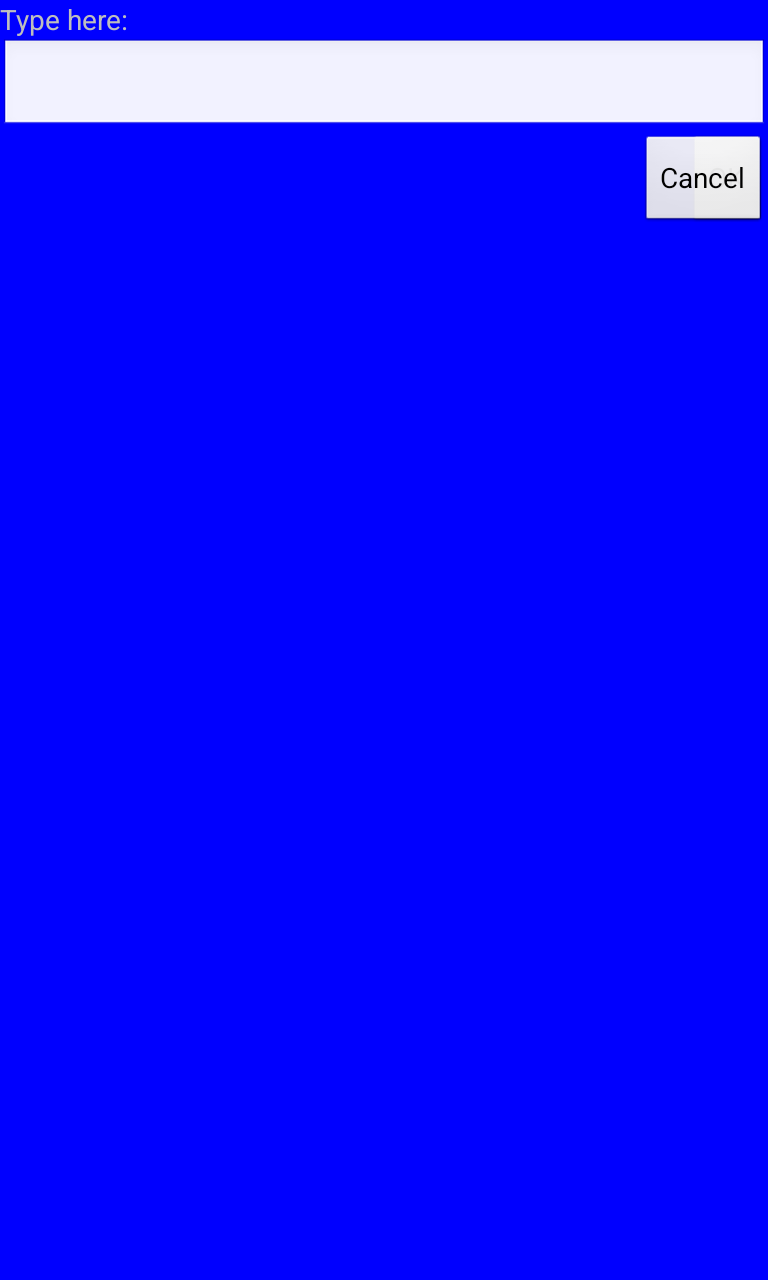
Repository: fangbao/Google_Android
Layout: Android_space/11.RelativeLayout/res/layout/main.xml
An editor plug-in stored every save of this project. The layout is shown before and after the next save, followed by the edit.
It is drawn on a 768 x 1280 px phone screen (xhdpi) without system bars, with theme android:Theme; the app's code is not run.

Above is the layout before, as saved 2011-12-25 03:34:04.

### Android_space/11.RelativeLayout/res/layout/main.xml
<?xml version="1.0" encoding="utf-8"?>
<RelativeLayout xmlns:android="http://schemas.android.com/apk/res/android"
    android:layout_width="fill_parent"
    android:layout_height="wrap_content"
    android:background="#0000FF" >

    <TextView
        android:id="@+id/tv01"
        android:layout_width="wrap_content"
        android:layout_height="wrap_content"
        android:text="Type here:" />

    <EditText
        android:id="@+id/txt01"
        android:layout_width="match_parent"
        android:layout_height="wrap_content"
        android:layout_below="@id/tv01" />

    <Button
        android:id="@+id/btn01"
        android:layout_width="wrap_content"
        android:layout_height="wrap_content"
        android:layout_alignParentRight="true"
        android:layout_below="@id/txt01"
        android:text="OK" />

    <Button
        android:id="@+id/btn02"
        android:layout_width="wrap_content"
        android:layout_height="wrap_content"
        android:layout_alignParentRight="true"
        android:layout_toLeftOf="@id/btn01"
        android:layout_below="@id/txt01"
        android:text="Cancel" />

</RelativeLayout>

After the next save:
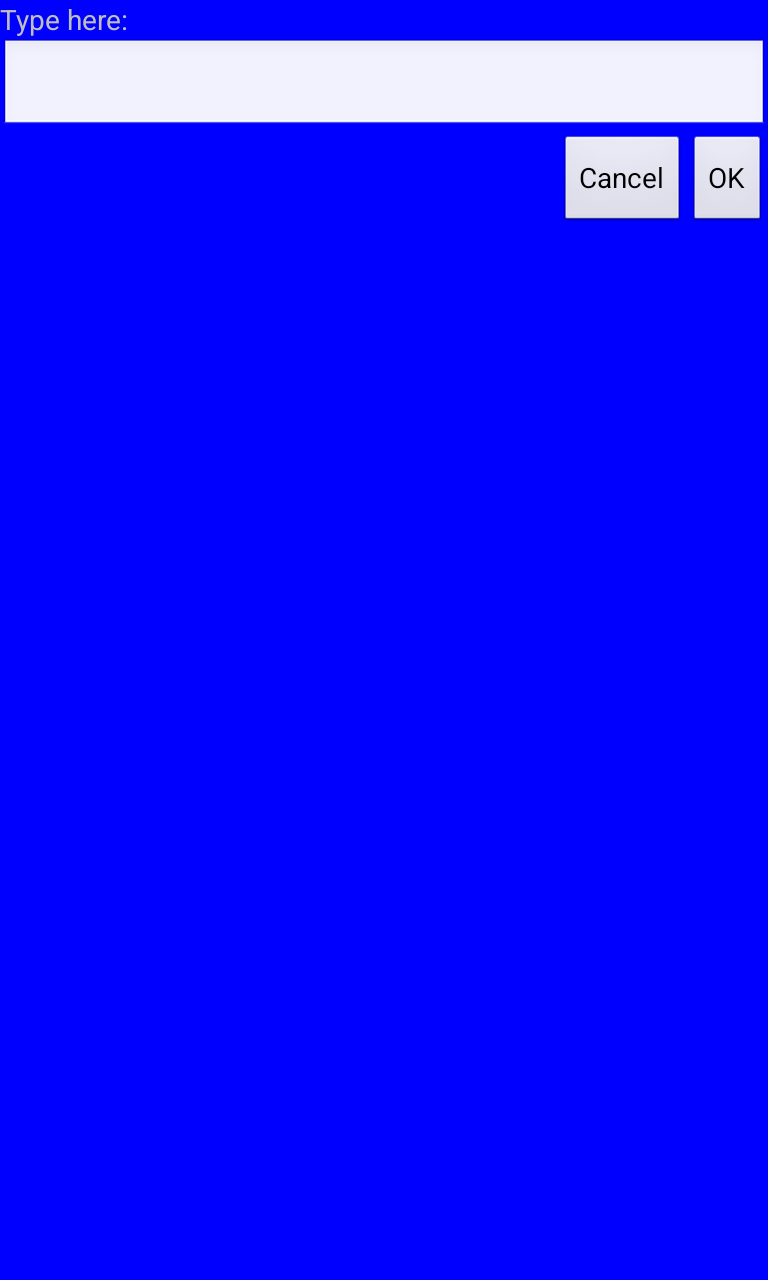
Saved 22 s later.
--- a/Android_space/11.RelativeLayout/res/layout/main.xml
+++ b/Android_space/11.RelativeLayout/res/layout/main.xml
@@ -28,7 +28,6 @@
         android:id="@+id/btn02"
         android:layout_width="wrap_content"
         android:layout_height="wrap_content"
-        android:layout_alignParentRight="true"
         android:layout_toLeftOf="@id/btn01"
         android:layout_below="@id/txt01"
         android:text="Cancel" />
